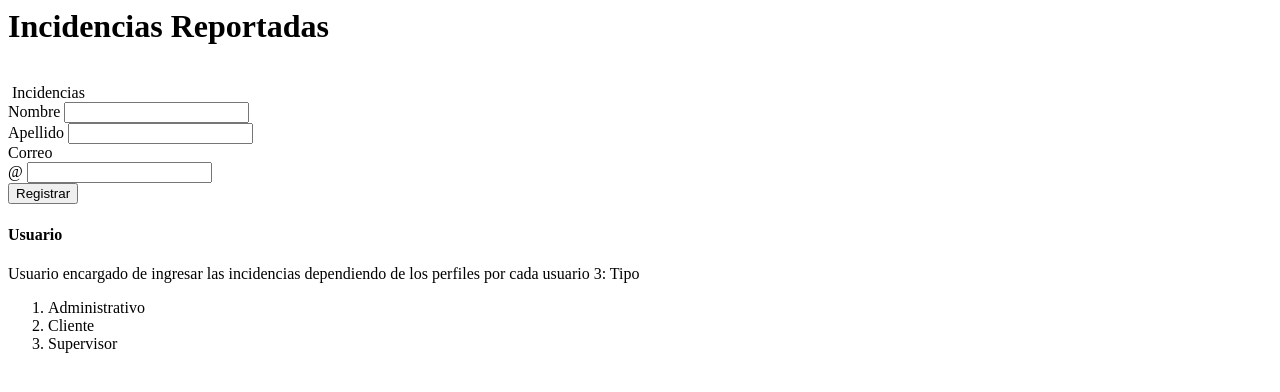
Repository: androla10/ProyectoCibert5to
Page: http://localhost/GDI/Incidencia/ListarIncidencia.jsp
The author's editor kept a copy of each file at every save. The page is drawn from the files as they stood at one save, then again after the next save.
The browser window is 1280 px wide. The pictures show the whole page.
The page is served by Tomcat 9. Nobody is signed in. The application's start-up code is not run.

Above is the page before, as saved 2016-05-10 21:37:40.

After the next save:
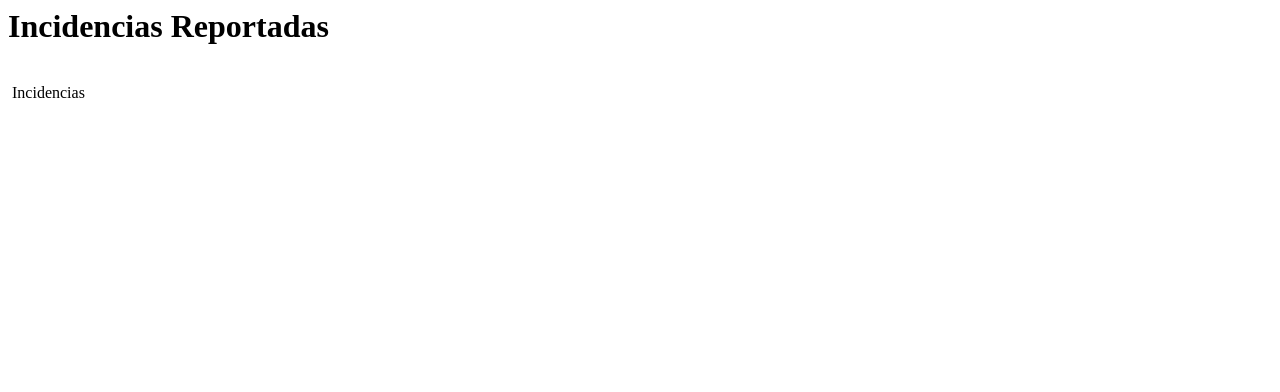
Saved 7 s later.
--- a/GDI/src/main/webapp/Incidencia/ListarIncidencia.jsp
+++ b/GDI/src/main/webapp/Incidencia/ListarIncidencia.jsp
@@ -6,39 +6,7 @@
 			<i class="fa fa-list fa-1x"></i>&nbsp;Incidencias
 		</div>
 		<div class="panel-body">
-			<form action="" id="formRegistroUsuario">
-				<div class="row">
-					<div class="col-xs-12 col-sm-12 col-md-6 col-lg-6">
-						<div class="form-group">
-							<label for="nombre">Nombre</label> <input type="text"
-								class="form-control" name="usuario.nombre" id="Nombre" />
-						</div>
-						<div class="form-group">
-							<label for="Apellido">Apellido</label> <input type="text"
-								class="form-control" name="usuario.apellido" id="Apellido" />
-						</div>
-						<div class="form-group">
-							<label for="Correo" class="control-label">Correo</label>
-							<div class="input-group">
-								<span class="input-group-addon">@</span> <input type="email"
-									class="form-control" name="usuario.correo" id="Correo" />
-							</div>
-						</div>
-						<button type="submit" class="btn btn-primary">Registrar</button>
-					</div>
-					<div class="col-xs-12 col-sm-12 col-sm-6 col-lg-6">
-						<h4>Usuario</h4>
-						<p>Usuario encargado de ingresar las incidencias dependiendo
-							de los perfiles por cada usuario 3: Tipo
-						<ol>
-							<li>Administrativo</li>
-							<li>Cliente</li>
-							<li>Supervisor</li>
-						</ol>
-						</p>
-					</div>
-				</div>
-			</form>
+
 		</div>
 	</div>
 </div>
